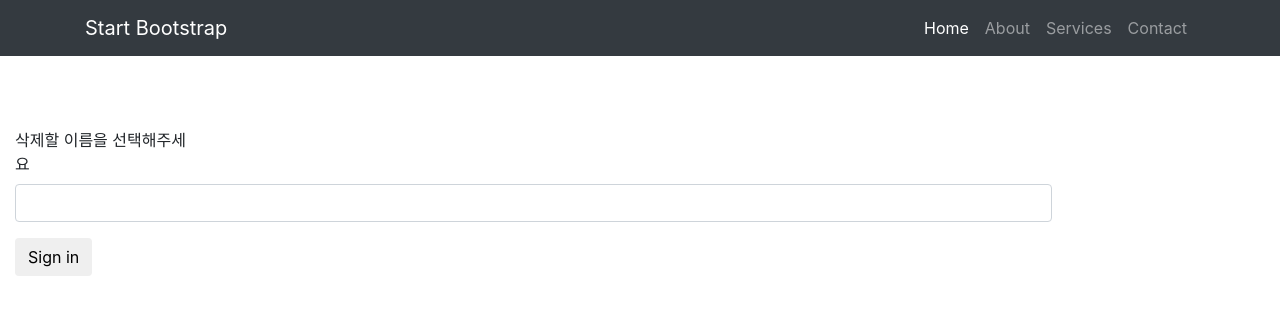
Repository: lukawitch/DB_Homework
Page: http://localhost/DB_Gallary/CdeleteForm.jsp
These files come from the project's save history. The page is drawn as it stood at one moment and after the next save; the edit follows.
The browser window is 1280 px wide. The pictures show the whole page.
The page is served by Tomcat 9.

Above is the page before, as saved 2018-06-10 06:50:05.

After the next save:
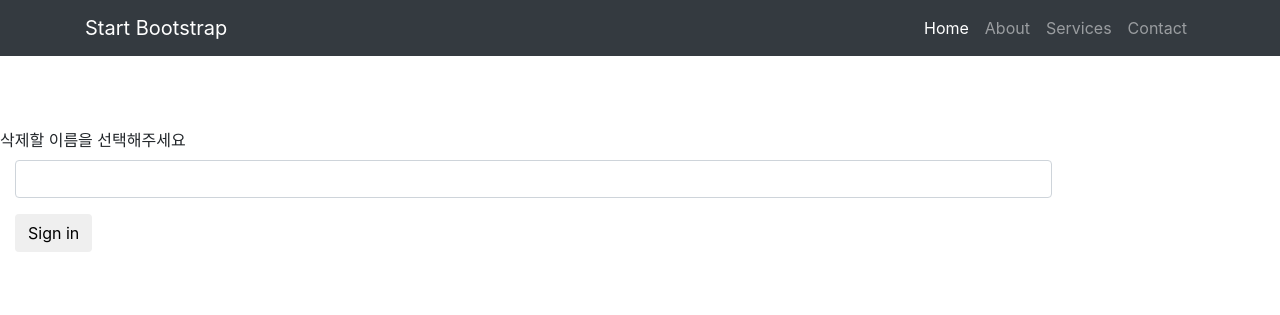
Saved 2 min 47 s later.
--- a/DB_Gallary/WebContent/CdeleteForm.jsp
+++ b/DB_Gallary/WebContent/CdeleteForm.jsp
@@ -13,7 +13,7 @@
  <br>
  <form class="form-horizontal" action="Cdelete.jsp" method="post">
   <div class="form-group">
-    <label for="inputEmail3" class="col-sm-2 control-label">삭제할 이름을 선택해주세요</label>
+    <label for="inputEmail3" class="control-label">삭제할 이름을 선택해주세요</label>
     <div class="col-sm-10">
       <input type="text" class="form-control" id="inputEmail3" name="name">
     </div>
